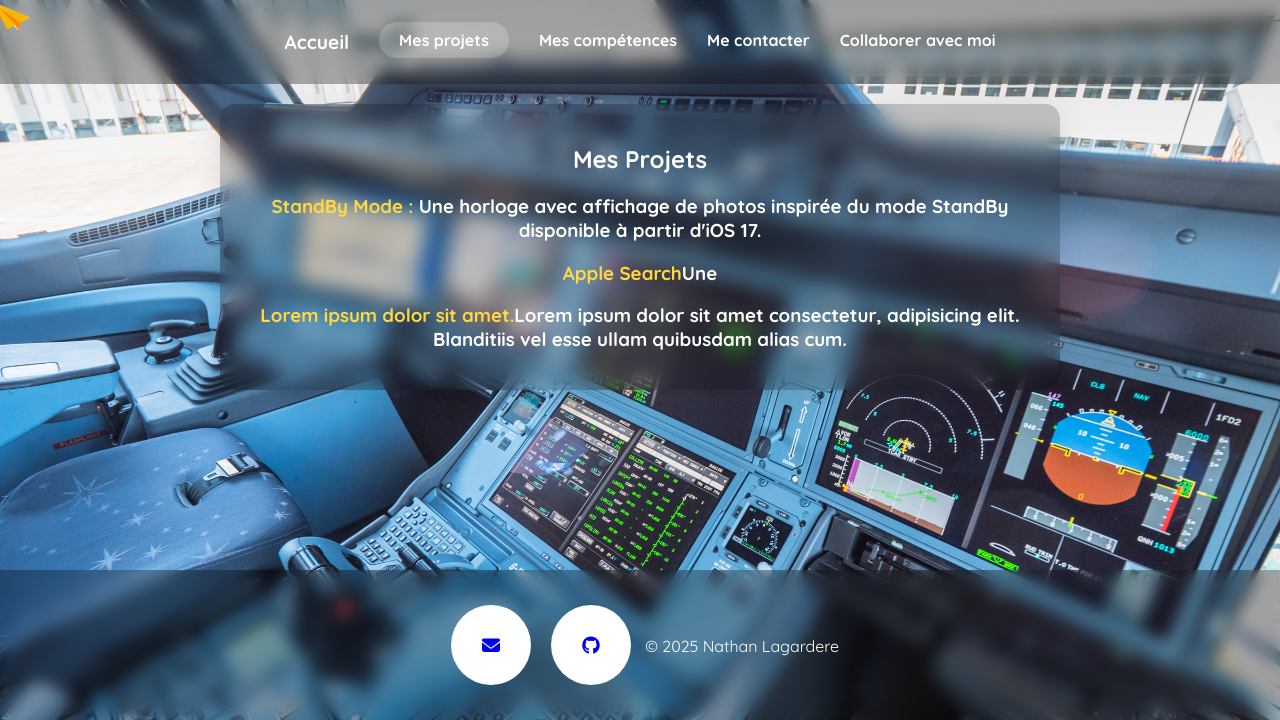
Repository: nlagardere/myportfolio
Page: projects.html
An editor plug-in stored every save of this project. The page is shown before and after the next save, followed by the edit.
The browser window is 1280 px wide. The pictures show the whole page.

Above is the page before, as saved 2025-09-07 12:02:29.

After the next save:
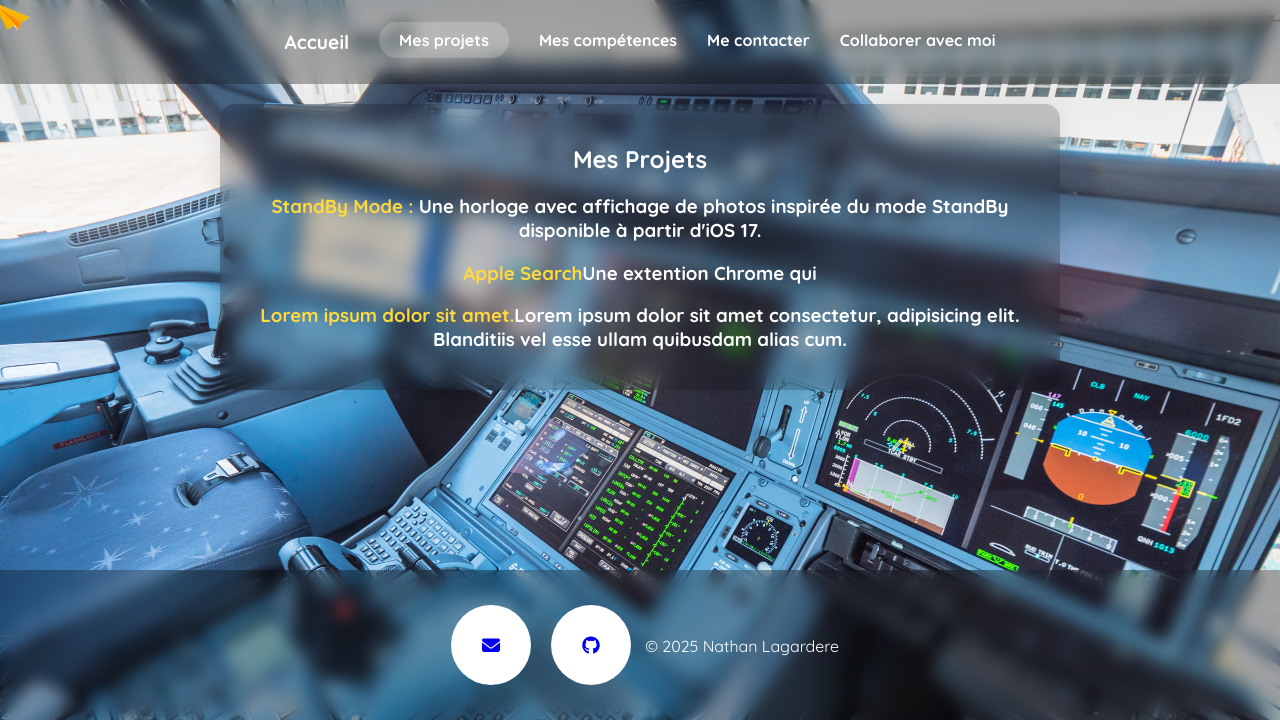
Saved 29 s later.
--- a/projects.html
+++ b/projects.html
@@ -236,7 +236,7 @@
     <div class="glasscard">
       <h2>Mes Projets</h2>
       <h3><span class="highlight">StandBy Mode : </span>Une horloge avec affichage de photos inspirée du mode StandBy disponible à partir d'iOS 17.</h3>
-      <h3><span class="highlight">Apple Search</span>Une </h3>
+      <h3><span class="highlight">Apple Search</span>Une extention Chrome qui </h3>
       <h3><span class="highlight">Lorem ipsum dolor sit amet.</span>Lorem ipsum dolor sit amet consectetur, adipisicing elit. Blanditiis vel esse ullam quibusdam alias cum.</h3>
     </div>
   </div>
